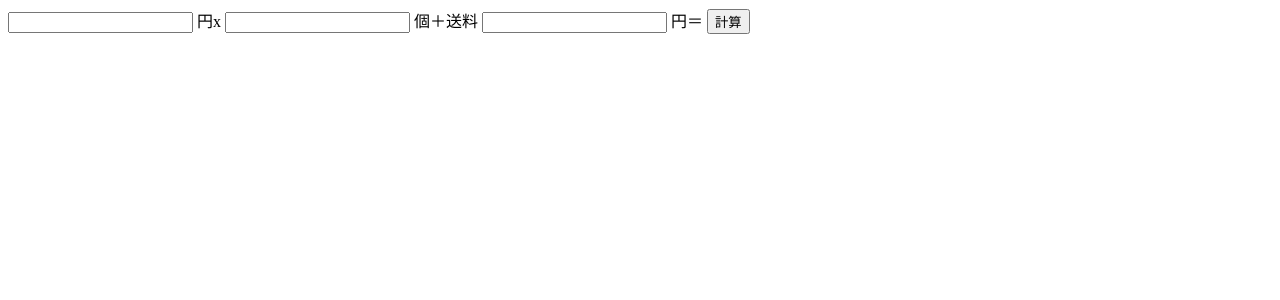
Repository: motoyama0/test
Page: http://localhost/HelloJSP/
The author's editor kept a copy of each file at every save. The page is drawn from the files as they stood at one save, then again after the next save.
The browser window is 1280 px wide. The pictures show the whole page.
The page is served by Tomcat 9.

Above is the page before, as saved 2018-09-26 11:16:35.

### HelloJSP/WebContent/index.jsp
<%@ page language="java" contentType="text/html; charset=UTF-8"
    pageEncoding="UTF-8"%>
<!DOCTYPE html PUBLIC "-//W3C//DTD HTML 4.01 Transitional//EN" "http://www.w3.org/TR/html4/loose.dtd">
<html>
  <head>
  <meta http-equiv="Content-Type" content="text/html; charset=UTF-8">
  <title>TEST</title>
</head>
<body>
<form method="post" action="total-out.jsp">
<input type="text" name="price">
円x
<input type="text" name="count">
個＋送料
<input type="text" name="delivery">
円＝
<input type="submit" value="計算">
</form>
</body>
</html>

After the next save:
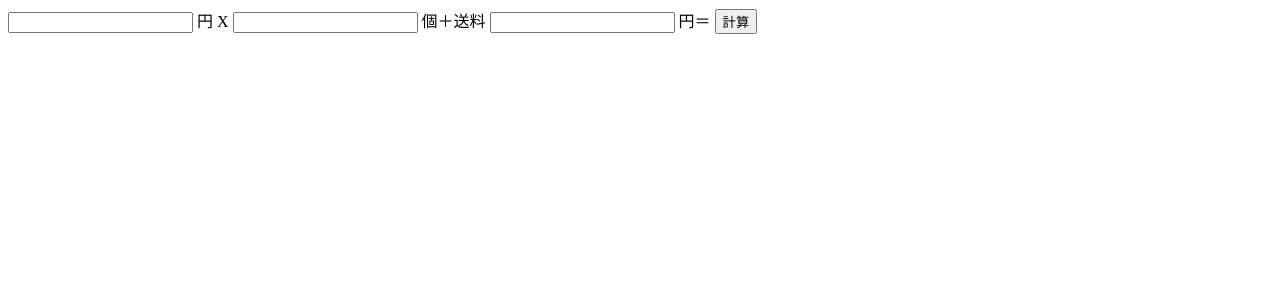
Saved 4 min 59 s later.
--- a/HelloJSP/WebContent/index.jsp
+++ b/HelloJSP/WebContent/index.jsp
@@ -9,7 +9,7 @@
 <body>
 <form method="post" action="total-out.jsp">
 <input type="text" name="price">
-円x
+円 X
 <input type="text" name="count">
 個＋送料
 <input type="text" name="delivery">
